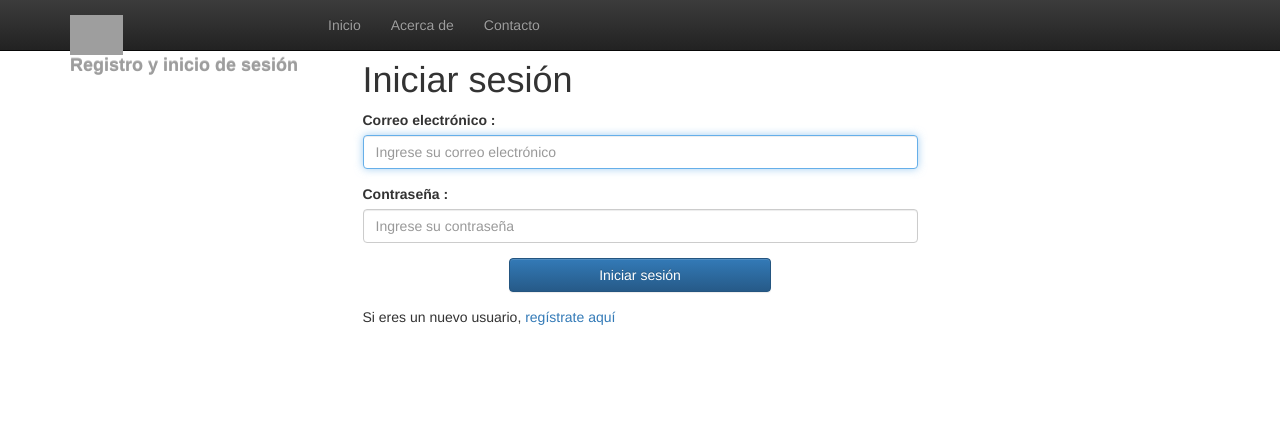
Repository: BolivarCaro/ecenviosweb
Page: http://localhost/login
These files come from the project's save history. The page is drawn as it stood at one moment and after the next save; the edit follows.
The browser window is 1280 px wide. The pictures show the whole page.
Pictures or frames that could not be fetched are drawn as grey boxes. The page is this project's Thymeleaf template; nobody is signed in. The template is opened directly, without the code that normally fills it, so the values that code supplies are empty.

Above is the page before, as saved 2024-07-14 14:15:42.
Console error (its wording comes from the project's code and is left out).

After the next save:
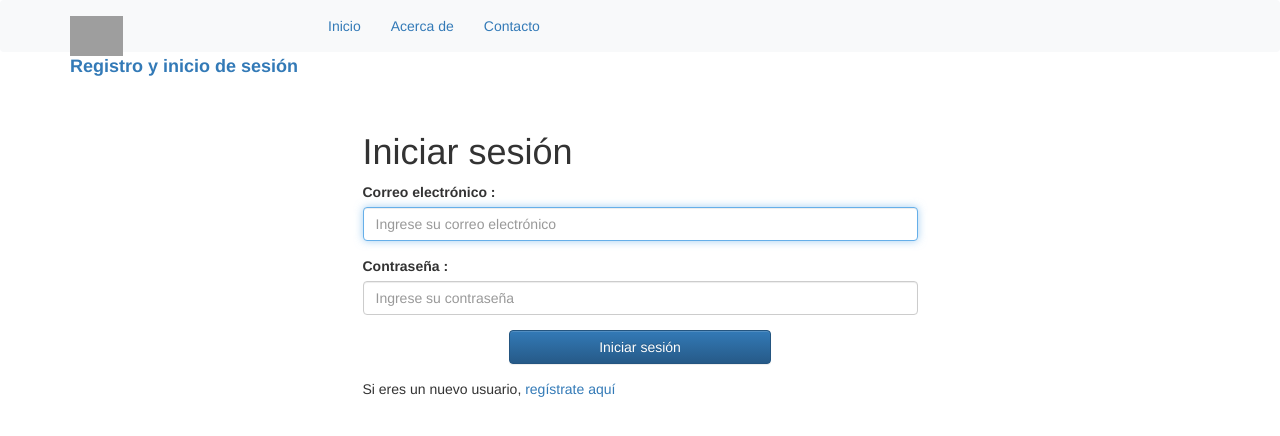
Saved 2 min 8 s later.
--- a/sprindbootecenvios/src/main/resources/templates/login.html
+++ b/sprindbootecenvios/src/main/resources/templates/login.html
@@ -17,7 +17,7 @@
 </head>
 <body>
 
-	<nav class="navbar navbar-inverse navbar-fixed-top">
+	<nav class="navbar navbar-light" style="background-color: #f8f9fa;">
 	    <div class="container">
 	        <div class="navbar-header">
 	            <button type="button" class="navbar-toggle collapsed"
@@ -42,6 +42,7 @@
 	        </div>
 	    </div>
 	</nav>
+
 
 
 
